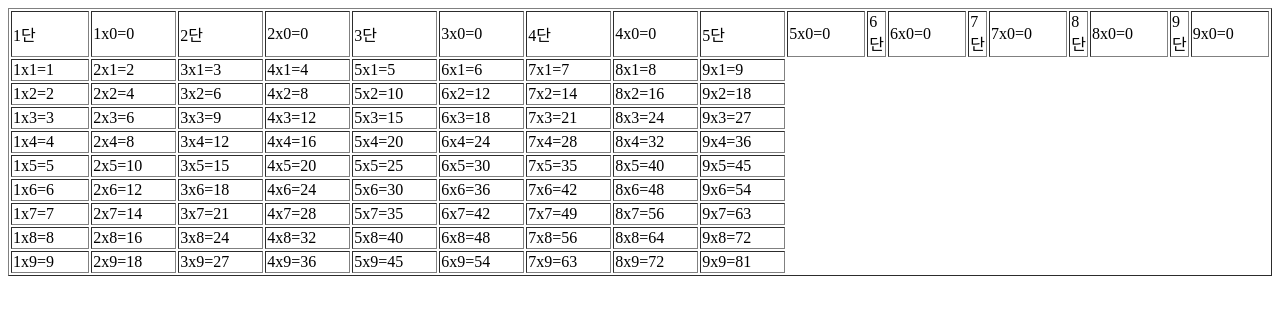
Repository: JeongDaejin/JSP-
Page: http://localhost/ServletTest/expressionTest.jsp
The author's editor kept a copy of each file at every save. The page is drawn from the files as they stood at one save, then again after the next save.
The browser window is 1280 px wide. The pictures show the whole page.
The page is served by Tomcat 9.

Above is the page before, as saved 2023-02-01 05:44:11.

After the next save:
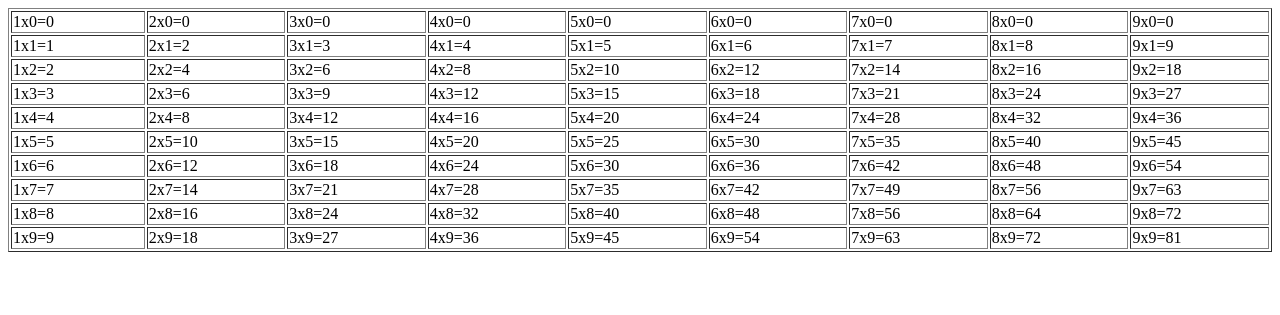
Saved 7 s later.
--- a/JSPExam2/ServletTest/src/main/webapp/expressionTest.jsp
+++ b/JSPExam2/ServletTest/src/main/webapp/expressionTest.jsp
@@ -22,7 +22,7 @@
 	<tr>
 	<% for(int j=1; j<10; j++){
 
-		if(i==0 || j==0){%>
+		if(i==0 & j==0){%>
 			<td><%=j %>단</td>
 		<% }
 		%>

After the 2 saves that followed:
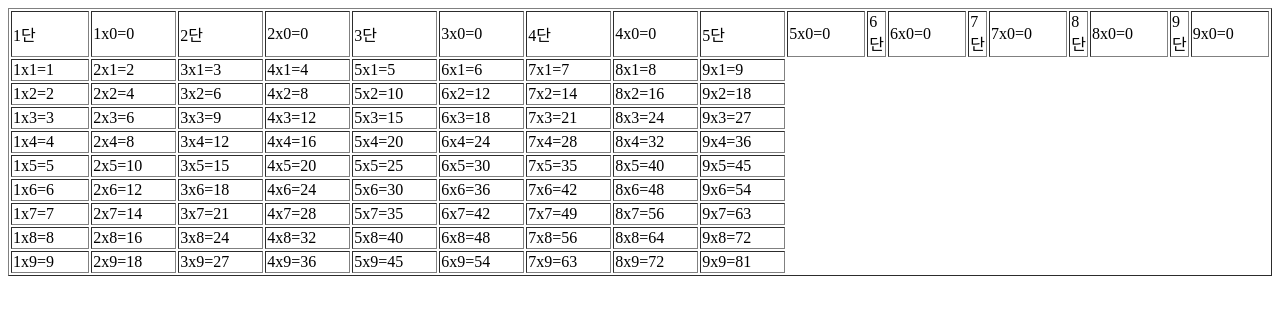
The 2 saves are shown as one change because 1 left the picture as it was.
The last was saved 15 s later.
--- a/JSPExam2/ServletTest/src/main/webapp/expressionTest.jsp
+++ b/JSPExam2/ServletTest/src/main/webapp/expressionTest.jsp
@@ -22,7 +22,7 @@
 	<tr>
 	<% for(int j=1; j<10; j++){
 
-		if(i==0 & j==0){%>
+		if(i==0 | j==0){%>
 			<td><%=j %>단</td>
 		<% }
 		%>
